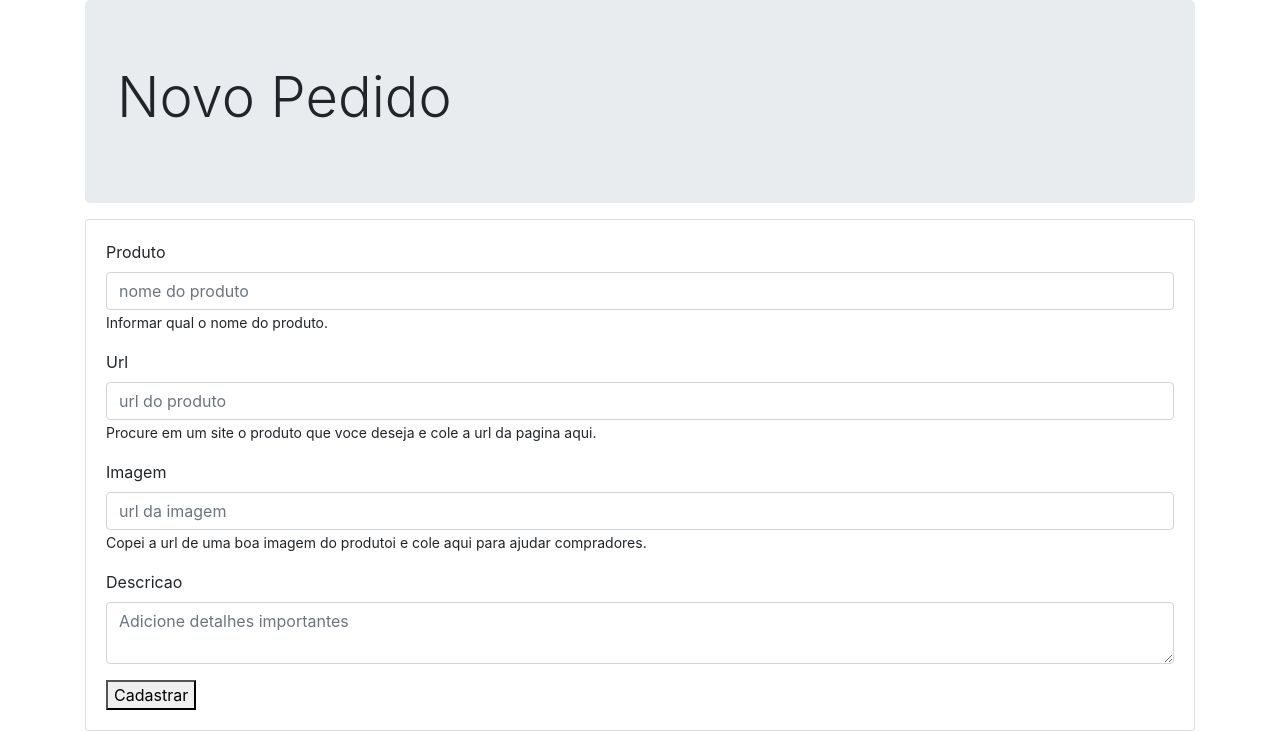
Repository: PedroKarasudani/Spring_MVC
Page: http://localhost/pedido/formulario
These files come from the project's save history. The page is drawn as it stood at one moment and after the next save; the edit follows.
The browser window is 1280 px wide. The pictures show the whole page.
The page is this project's Thymeleaf template; nobody is signed in. The template is opened directly, without the code that normally fills it, so the values that code supplies are empty.

Above is the page before, as saved 2023-10-25 00:41:00.

### mudi/src/main/resources/templates/pedido/formulario.html
<!DOCTYPE html>
<html>

<head>
	<meta charset="UTF-8" />
	<title>Pedido</title>
	<link rel="stylesheet" href="https://cdn.jsdelivr.net/npm/bootstrap@4.6.2/dist/css/bootstrap.min.css"
		integrity="sha384-xOolHFLEh07PJGoPkLv1IbcEPTNtaed2xpHsD9ESMhqIYd0nLMwNLD69Npy4HI+N" crossorigin="anonymous">
</head>

<body>
	<div class="container">
		<div class="jumbotron mb-0">
			<h1 class="display-4">Novo Pedido</h1>
		</div>
		<div class="card mt-3">
			<form class="card-body" action="/pedido/novo" method="POST">
				<div class="form-group">
					<label for="nomeProduto">Produto</label>
					<input class="form-control" name="nomeProduto" placeholder="nome do produto"/>
					<small>Informar qual o nome do produto.</small>
				</div>
				<div class="form-group">
					<label for="urlProduto">Url</label>
					<input class="form-control" name="urlProduto" placeholder="url do produto"/>
					<small>Procure em um site o produto que voce deseja e cole a url da pagina aqui.</small>
				</div>
				<div class="form-group">
					<label for="urlImagem">Imagem</label>
					<input class="form-control" name="urlImagem" placeholder="url da imagem"/>
					<small>Copei a url de uma boa imagem do produtoi e cole aqui para ajudar compradores.</small>
				</div>
				<div class="form-group">
					<label for="descricao">Descricao</label>
					<textarea class="form-control" name="descricao" placeholder="Adicione detalhes importantes"></textarea>
				</div>
				<button type="submit">Cadastrar</button>
			</form>
		</div>
	</div>
</body>

</html>

After the next save:
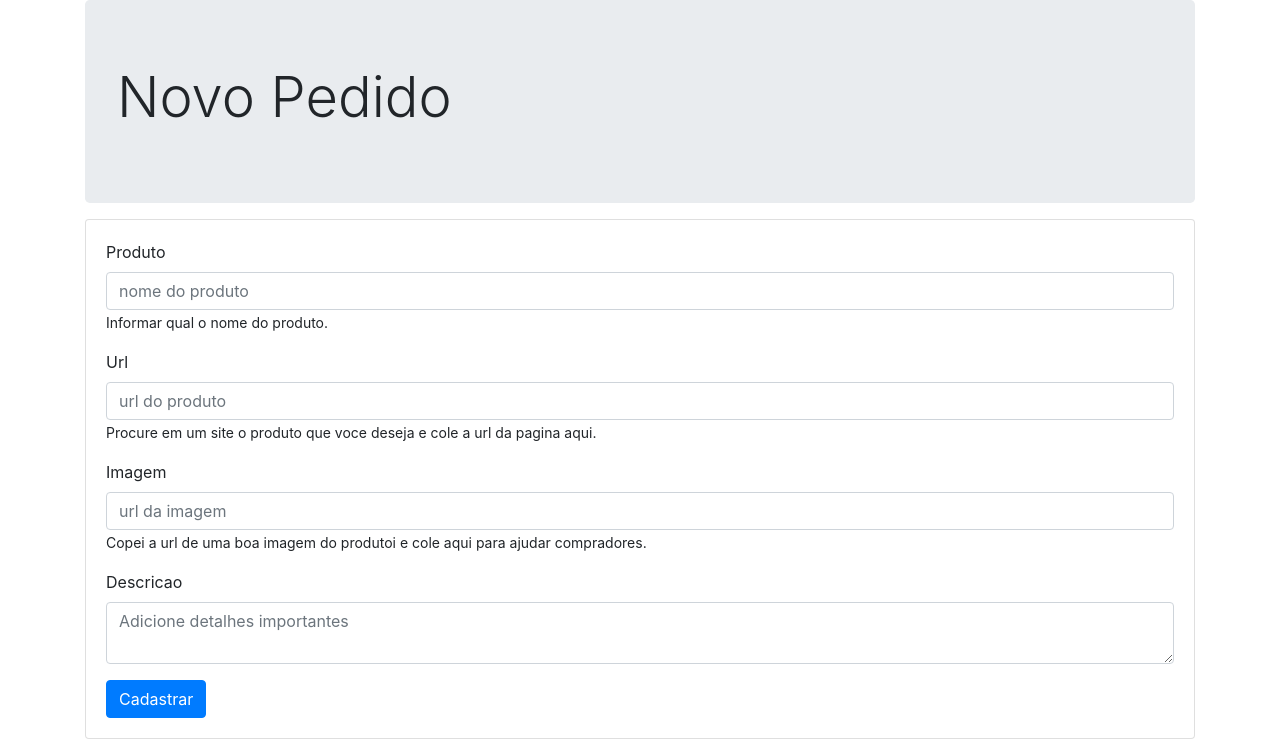
Saved 39 s later.
--- a/mudi/src/main/resources/templates/pedido/formulario.html
+++ b/mudi/src/main/resources/templates/pedido/formulario.html
@@ -34,7 +34,7 @@
 					<label for="descricao">Descricao</label>
 					<textarea class="form-control" name="descricao" placeholder="Adicione detalhes importantes"></textarea>
 				</div>
-				<button type="submit">Cadastrar</button>
+				<button class="btn btn-primary" type="submit">Cadastrar</button>
 			</form>
 		</div>
 	</div>
